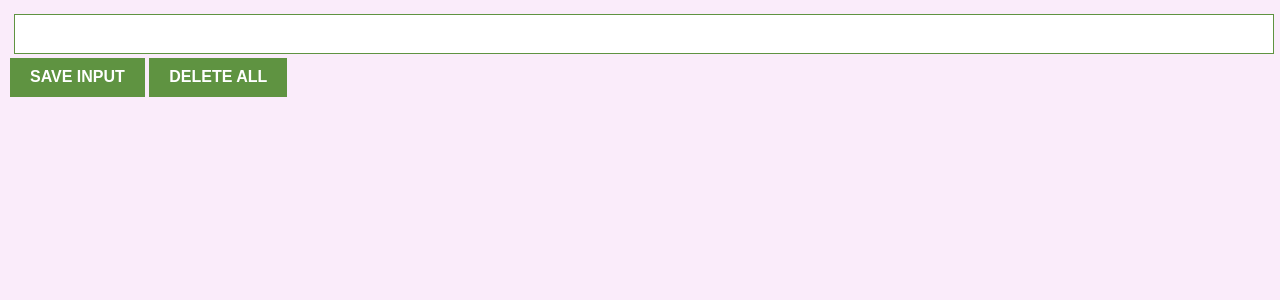
Repository: jt010051/chromeExtension
Page: index.html
An editor plug-in stored every save of this project. The page is shown before and after the next save, followed by the edit.
The browser window is 1280 px wide. The pictures show the whole page.

Above is the page before, as saved 2022-02-28 07:34:18.

After the next save:
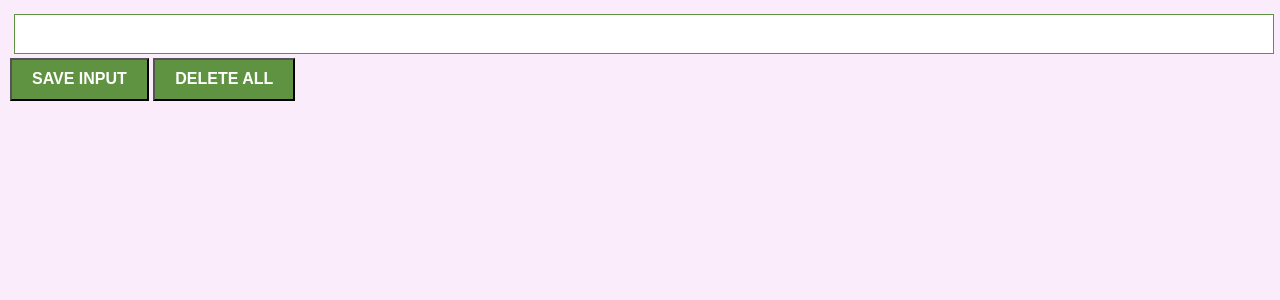
Saved 51 s later.
--- a/index.css
+++ b/index.css
@@ -25,7 +25,7 @@ button {
 padding:10px 20px;
 
     font-weight: bold;
-    border: none;
+    border: 1px solid 5f9341 ;
 
 }
 #delete-btn{
